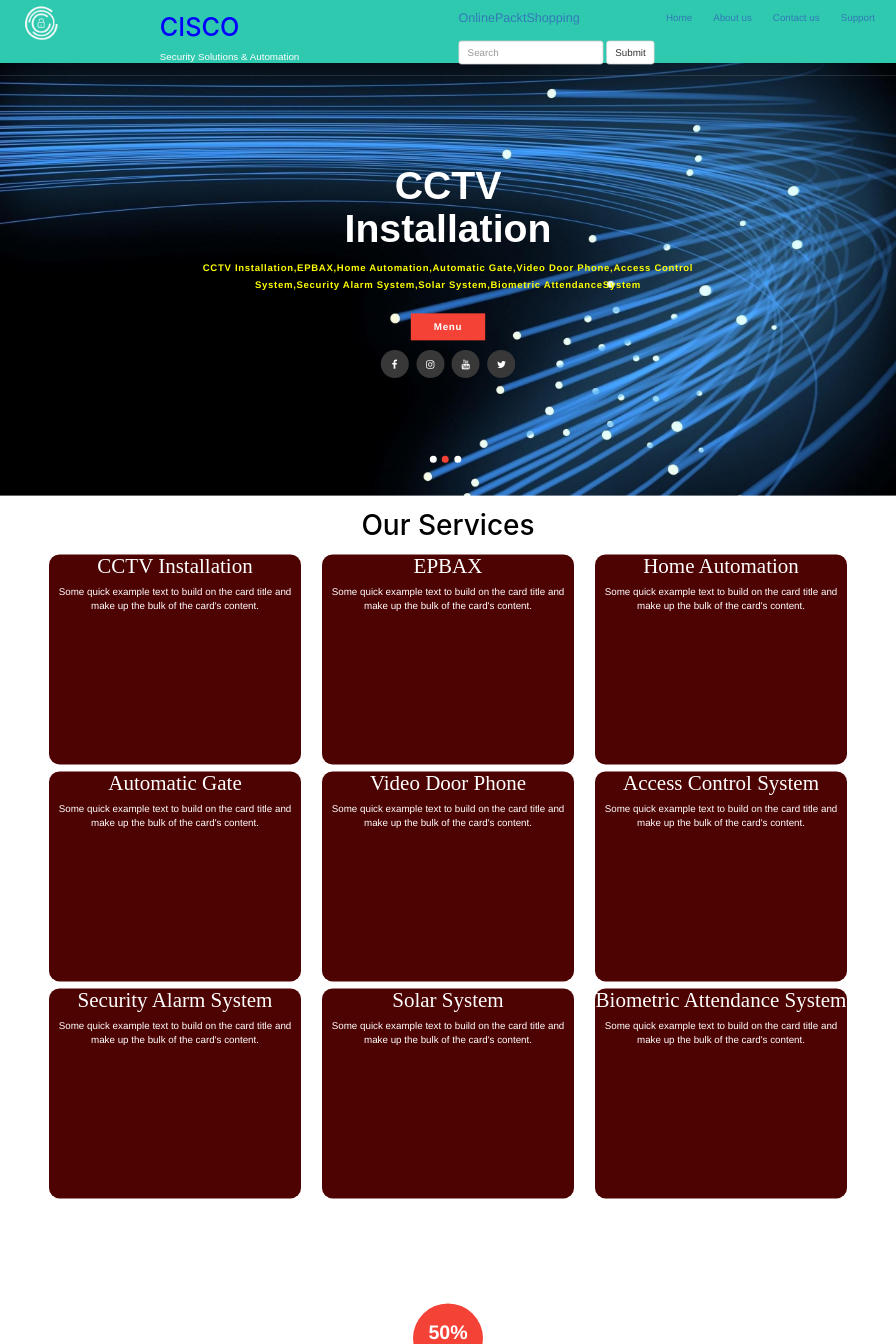
Repository: Nuhman123/Cisco
Page: index.html
These files come from the project's save history. The page is drawn as it stood at one moment and after a run of saves; the edit follows.
The browser window is 1280 px wide. The pictures show the part of the page from y = 0 to 1920 px (the page is 3132 px tall before and 3203 px after), at 70% of full size.
Some web libraries are served in a nearby version.

Above is the page before, as saved 2021-04-09 10:24:33.

### index.html
<!--A Design by W3layouts
Author: W3layout
Author URL: http://w3layouts.com
License: Creative Commons Attribution 3.0 Unported
License URL: http://creativecommons.org/licenses/by/3.0/
-->
<!DOCTYPE html>
<html lang="en">
<head>
<title>CISCO security solutions & automation</title>
<meta name="viewport" content="width=device-width, initial-scale=1">
<meta http-equiv="Content-Type" content="text/html; charset=utf-8" />
<meta name="keywords" content="Royal Recipes Responsive web template, Bootstrap Web Templates, Flat Web Templates, Android Compatible web template,
Smartphone Compatible web template, free webdesigns for Nokia, Samsung, LG, SonyEricsson, Motorola web design" />
<script type="application/x-javascript"> addEventListener("load", function() { setTimeout(hideURLbar, 0); }, false); function hideURLbar(){ window.scrollTo(0,1); } </script>
<!-- bootstrap-css -->
<link href="css/bootstrap.css" rel="stylesheet" type="text/css" media="all" />
<!--// bootstrap-css -->
<!-- css -->
<link rel="stylesheet" href="css/style.css" type="text/css" media="all" />
<!--// css -->
<link rel="stylesheet" href="css/owl.carousel.css" type="text/css" media="all">
<link href="css/owl.theme.css" rel="stylesheet">
<!-- font-awesome icons -->
<link href="css/font-awesome.css" rel="stylesheet">
<!-- //font-awesome icons -->
<!-- font -->
<link href='//fonts.googleapis.com/css?family=Pacifico' rel='stylesheet' type='text/css'>
<link href='//fonts.googleapis.com/css?family=Open+Sans+Condensed:300,300italic,700' rel='stylesheet' type='text/css'>
<!-- //font -->
<script src="js/jquery-1.11.1.min.js"></script>
<script src="js/bootstrap.js"></script>
<link rel="stylesheet" href="http://maxcdn.bootstrapcdn.com/bootstrap/3.2.0/css/bootstrap.min.css">
<!-- light-box -->
<link rel="stylesheet" href="css/lightbox.css">
<!-- //light-box -->
<script src="js/SmoothScroll.min.js"></script>
<!--search jQuery-->
<script src="js/main.js"></script>
<!--//search jQuery-->
<script type="text/javascript">
	jQuery(document).ready(function($) {
		$(".scroll").click(function(event){
			event.preventDefault();
			$('html,body').animate({scrollTop:$(this.hash).offset().top},1000);
		});
	});
</script>

<script>
$(document).ready(function() {
	$("#owl-demo").owlCarousel({

		autoPlay: 3000, //Set AutoPlay to 3 seconds
		autoPlay:true,
		items : 4,
		itemsDesktop : [640,5],
		itemsDesktopSmall : [414,4]

	});

});
</script>
</head>
<body>
	<header class="header-1">
		<div class="col-xs-2">
			<img src="images/csc0log.png">
		</div>
		<div class="col-xs-4">
			<h1>CISCO</h1>
			<p>Security Solutions & Automation</p>
		</div>

	    	<div class="container-fluid">
	    		<div class="navbar-header">
	    			 <button type="button" class="navbar-toggle collapsed" data-toggle="collapse" data-target="#collapibleMenu">
				        <span class="icon-bar"></span>
				        <span class="icon-bar"></span>
				        <span class="icon-bar"></span>
				      </button>
	    			<a href="#" class="navbar-brand">OnlinePacktShopping</a>
	    		</div>
	    		<div class="collapse navbar-collapse" id="collapibleMenu">
	    			<ul class="nav navbar-nav navbar-right">
				        <li><a href="#">Home</a></li>
				        <li><a href="#">About us</a></li>
				        <li><a href="#">Contact us</a></li>
				        <li><a href="#">Support</a></li>
				    </ul>
				    <form class="navbar-form navbar-left" role="search">
					  <div class="form-group">
					    <input type="text" class="form-control" placeholder="Search">
					  </div>
					  <button type="submit" class="btn btn-default">Submit</button>
					</form>
	    		</div>
	    	</div>
	</header>
	<!-- banner -->
	<div class="banner">
		<div class="top-banner">
			<div class="container">

			</div>
		</div>
		<div class="header">
			<div class="container">
				<div class="logo">

				</div>
				<div class="clearfix"> </div>
			</div>
		</div>
		<div class="banner-slider">
			<div class="container">
				<div class="slider">
					<div class="callbacks_container">
						<ul class="rslides callbacks callbacks1" id="slider4">
							<li>
								<div class="agileits-banner-info">
									<img src="images/csc0log.png">
									<h3>CISCO</h3>
									<h5>Security Solutions & Automation</h5>
									<p>CCTV Installation,EPBAX,Home Automation,Automatic Gate,Video Door Phone,Access Control System,Security Alarm System,Solar System,Biometric AttendanceSystem</p>
									<a href="menu.html">Menu</a>

								</div>
							</li>
							<li>
								<div class="agileits-banner-info">
									<h3>CCTV<br> Installation</h3>
									<p>CCTV Installation,EPBAX,Home Automation,Automatic Gate,Video Door Phone,Access Control System,Security Alarm System,Solar System,Biometric AttendanceSystem</p>
									<a href="menu.html">Menu</a>
								</div>
							</li>
							<li>
								<div class="agileits-banner-info">
									<img src="images/csc0log.png">
									<h3>CISCO</h3>
									<p>CCTV Installation,EPBAX,Home Automation,Automatic Gate,Video Door Phone,Access Control System,Security Alarm System,Solar System,Biometric AttendanceSystem</p>
									<a href="menu.html">Menu</a>
								</div>
							</li>
						</ul>
						<div class="social text-center">
							<ul>
								<li><a href="https://www.facebook.com/cisco_security_solutions-101064504984043/"><i class="fa fa-facebook"></i></a></li>
								<li><a href="https://www.instagram.com/ci8sco_security_solutions?r=nametag"><i class="fa fa-instagram"></i></a></li>
								<li><a href="https://youtube.com/channel/UCSI_CHHL5nW7fggODaksUw"><i class="fa fa-youtube"></i></a></li>
								<li><a href="https://twitter.com"><i class="fa fa-twitter"></i></a></li>
							</ul>
						</div>
					</div>
					<script src="js/responsiveslides.min.js"></script>
					<script>
						// You can also use "$(window).load(function() {"
						$(function () {
						  // Slideshow 4
						  $("#slider4").responsiveSlides({
							auto: true,
							pager:true,
							nav:false,
							speed: 500,
							namespace: "callbacks",
							before: function () {
							  $('.events').append("<li>before event fired.</li>");
							},
							after: function () {
							  $('.events').append("<li>after event fired.</li>");
							}
						  });

						});
					 </script>
					<!--banner Slider starts Here-->
				</div>
			</div>
		</div>
	</div>
	<!-- banner -->
	<!-- services -->
	<section class="bg-light p-4 mt-5" id="services">
		<div class="container">
		  <h1 class="services text-center">Our Services</h1>
		  <div class="row">
			<div class="col-lg-4 col-md-6">
			  <div class="card text-center">

				<div class="card-body">
				  <h5 class="card-title">CCTV Installation</h5>
				  <p class="card-text">Some quick example text to build on the card title and make up the bulk of the card's content.</p>
				</div>
			  </div>
			</div>
			<div class="col-lg-4 col-md-6 ">
			  <div class="card text-center ">

				<div class="card-body">
				  <h5 class="card-title">EPBAX</h5>
				  <p class="card-text">Some quick example text to build on the card title and make up the bulk of the card's content.</p>
				</div>
			  </div>
			</div>
			<div class="col-lg-4 col-md-6">
			  <div class="card text-center ">

				<div class="card-body">
				  <h5 class="card-title">Home Automation</h5>
				  <p class="card-text">Some quick example text to build on the card title and make up the bulk of the card's content.</p>
				</div>
			  </div>
			</div>
			<div class="col-lg-4 col-md-6">
			  <div class="card text-center">
				<div class="card-body">
				  <h5 class="card-title">Automatic Gate</h5>
				  <p class="card-text">Some quick example text to build on the card title and make up the bulk of the card's content.</p>
				</div>
			  </div>
			</div>
			<div class="col-lg-4 col-md-6  pt-3">
			  <div class="card text-center">
				<div class="card-body">
				  <h5 class="card-title">Video Door Phone</h5>
				  <p class="card-text">Some quick example text to build on the card title and make up the bulk of the card's content.</p>
				</div>
			  </div>
			</div>
			<div class="col-lg-4 col-md-6  pt-3">
			  <div class="card text-center ">
				<div class="card-body">
				  <h5 class="card-title">Access Control System</h5>
				  <p class="card-text">Some quick example text to build on the card title and make up the bulk of the card's content.</p>
				</div>
			  </div>
			</div>
			<div class="col-lg-4 col-md-6  pt-3">
				<div class="card text-center ">
				  <div class="card-body">
					<h5 class="card-title">Security Alarm System</h5>
					<p class="card-text">Some quick example text to build on the card title and make up the bulk of the card's content.</p>
				  </div>
				</div>
			  </div>
			  <div class="col-lg-4 col-md-6  pt-3">
				<div class="card text-center ">
				  <div class="card-body">
					<h5 class="card-title">Solar System</h5>
					<p class="card-text">Some quick example text to build on the card title and make up the bulk of the card's content.</p>
				  </div>
				</div>
			  </div>
			  <div class="col-lg-4 col-md-6  pt-3">
				<div class="card text-center ">
				  <div class="card-body">
					<h5 class="card-title">Biometric Attendance System</h5>
					<p class="card-text">Some quick example text to build on the card title and make up the bulk of the card's content.</p>
				  </div>
				</div>
			  </div>
		  </div>
		</div>
	  </section>
	<!-- //services -->
	<!-- offer -->
	<div class="jarallax offer">
		<div class="container">
			<div class="w3l-offer-heading">
				<h3>Today Offers</h3>
			</div>
			<div class="w3ls-offer-slider">
				<div class="slider">
					<div class="callbacks_container">
						<ul class="rslides callbacks callbacks1" id="slider3">
							<li>
								<div class="agileinfo-offer-grid">
									<h4>45<span>%</span></h4>
									<h5>Pork Vindaloo</h5>
									<p>Quisque scelerisque rutrum nunc, eget hendrerit diam porta efficitur. Duis bibendum consequat est, sed efficitur arcu. Morbi viverra, leo sit amet vestibulum dignissim, tortor est dignissim dolor, eu accumsan est urna id felis. </p>
								</div>
							</li>
							<li>
								<div class="agileinfo-offer-grid">
									<h4>50%</h4>
									<h5>Phaal Curry</h5>
									<p>Vestibulum euismod porttitor interdum. Vivamus porta consectetur nulla porttitor hendrerit. Pellentesque ultrices augue ut nibh feugiat, nec egestas orci cursus. Sed vehicula quis erat sed lobortis. Curabitur eleifend sit amet.</p>
								</div>
							</li>
							<li>
								<div class="agileinfo-offer-grid">
									<h4>64%</h4>
									<h5>Laal Maas</h5>
									<p>Aenean volutpat auctor ultrices. Aliquam ac turpis ultrices, porta enim at, interdum velit. Ut ligula justo, sodales eu nisi a, molestie dictum leo. Sed blandit porta ante, at consequat nulla fermentum a. Donec aliquet tristique.</p>
								</div>
							</li>
						</ul>
					</div>
					<script>
						// You can also use "$(window).load(function() {"
						$(function () {
						  // Slideshow 4
						  $("#slider3").responsiveSlides({
							auto: true,
							pager:false,
							nav:false,
							speed: 500,
							namespace: "callbacks",
							before: function () {
							  $('.events').append("<li>before event fired.</li>");
							},
							after: function () {
							  $('.events').append("<li>after event fired.</li>");
							}
						  });

						});
					 </script>
					<!--banner Slider starts Here-->
				</div>
			</div>
			<script src="js/jarallax.js"></script>
		</div>
	</div>
	<!-- //offer -->
	<!-- special -->
	<div class="special">
		<div class="container">
			<div class="wthree-special-heading">
				<h3>IMAGES</h3>
			</div>
			<div class="special-grids">
				<div id="owl-demo" class="owl-carousel owl-theme">
						<div class="item">
							<div class="w3-agileits-special-grid-info">
								<img src="images/bio.jfif" alt="" />
							</div>
						</div>
						<div class="item">
							<div class="w3-agileits-special-grid-info">
								<img src="images/epbax.jpeg" alt="" />

							</div>
						</div>
						<div class="item">
							<div class="w3-agileits-special-grid-info">
								<img src="images/h automations.jfif" alt="" />

							</div>
						</div>
						<div class="item">
							<div class="w3-agileits-special-grid-info">
								<img src="images/home automa 5.jfif" alt="" />
							</div>
						</div>
						<div class="item">
							<div class="w3-agileits-special-grid-info">
								<img src="images/ghy.jfif" alt="" />

							</div>
						</div>
						<div class="item">
							<div class="w3-agileits-special-grid-info">
								<img src="images/289c9c264087cddc084383969cd6e19f.jpg" alt="" />

							</div>
						</div>
						<div class="item">
							<div class="w3-agileits-special-grid-info">
								<img src="images/h automations.jfif3.jfif" alt="" />

							</div>
						</div>
						<div class="item">
							<div class="w3-agileits-special-grid-info">
								<img src="images/cctv3.jpg" alt="" />

							</div>
						</div>
				</div>
			</div>
		</div>
	</div>
	<!-- //special -->
	<!-- footer -->
	<div class="w3-agile-footer">
		<div class="container">
			<div class="footer-grids">
				<div class="col-md-4 footer-grid">
					<div class="footer-grid-heading">
						<h4>Address</h4>
					</div>
					<div class="footer-grid-info">
						<h1>CISCO</h1>
						<h4 class="">Security Solutions & Automation</h4>
						</di>
						<p class="phone">Phone : 9656457858|9072251938
							<span>Email : <a href="pklcisco@email.com">pklcisco@gmail.com</a></span>
						</p>
						<p>Oppo South Indian ATM,Near Zella Fancy 	Pulikkal </p>
					</div>

				</div>
				<div class="col-md-4 footer-grid">
					<div class="footer-grid-heading">
						<h4>Navigation</h4>
					</div>
					<div class="footer-grid-info">
						<ul class="">
							<li><a href="index.html">Home</a></li>
							<li><a href="about.html">About</a></li>
							<li><a href="menu.html">Menu</a></li>
							<li><a href="contact.html">Contact</a></li>
						</ul>
					</div>
				</div>
				<div class="col-md-4 footer-grid">
					<div class="footer-grid-heading">
						<h4>Follow</h4>
					</div>
					<div class="social">
						<ul>
							<li><a href="https://www.facebook.com/cisco_security_solutions-101064504984043/"><i class="fa fa-facebook"></i></a></li>
							<li><a href="https://www.instagram.com/ci8sco_security_solutions?r=nametag"><i class="fa fa-instagram"></i></a></li>
							<li><a href="https://youtube.com/channel/UCSI_CHHL5nW7fggODaksUw"><i class="fa fa-youtube"></i></a></li>
							<li><a href="https://twitter.com"><i class="fa fa-twitter"></i></a></li>
						</ul>
					</div>
				<div class="clearfix"> </div>
			</div>
		</div>
	</div>
	<div class="agileits-w3layouts-copyright">
		<p>| Design by <a href=""> AKN Creations </a> </p>
		<li style="color: yellow;"><i  class="fa fa-phone" aria-hidden="true"></i> 9446795304</li>
	</div>
	</div>
	<!-- //footer -->
	<script src="js/owl.carousel.js"></script>
	<script type="text/javascript" src="js/move-top.js"></script>
	<script type="text/javascript" src="js/easing.js"></script>
	<!-- here stars scrolling icon -->
	<script type="text/javascript">
		$(document).ready(function() {
			/*
				var defaults = {
				containerID: 'toTop', // fading element id
				containerHoverID: 'toTopHover', // fading element hover id
				scrollSpeed: 1200,
				easingType: 'linear'
				};
			*/

			$().UItoTop({ easingType: 'easeOutQuart' });

			});
	</script>
<!-- //here ends scrolling icon -->
<script type="text/javascript">
			/* init Jarallax */
			$('.jarallax').jarallax({
				speed: 0.5,
				imgWidth: 1366,
				imgHeight: 768
			})
		</script>
</body>
</html>

Loaded but not shown: css/bootstrap.css (library); css/owl.carousel.css (common file); css/owl.theme.css (common file); css/font-awesome.css (library); js/jquery-1.11.1.min.js (library); js/bootstrap.js (library); css/lightbox.css (library); js/SmoothScroll.min.js (library); js/responsiveslides.min.js (library); js/owl.carousel.js (library); js/jarallax.js (433 lines, source omitted); js/easing.js (140 lines, source omitted); js/main.js (100 lines, source omitted); js/move-top.js (5 lines, source omitted); css/style.css (2043 lines, source omitted)

After the next 5 saves:
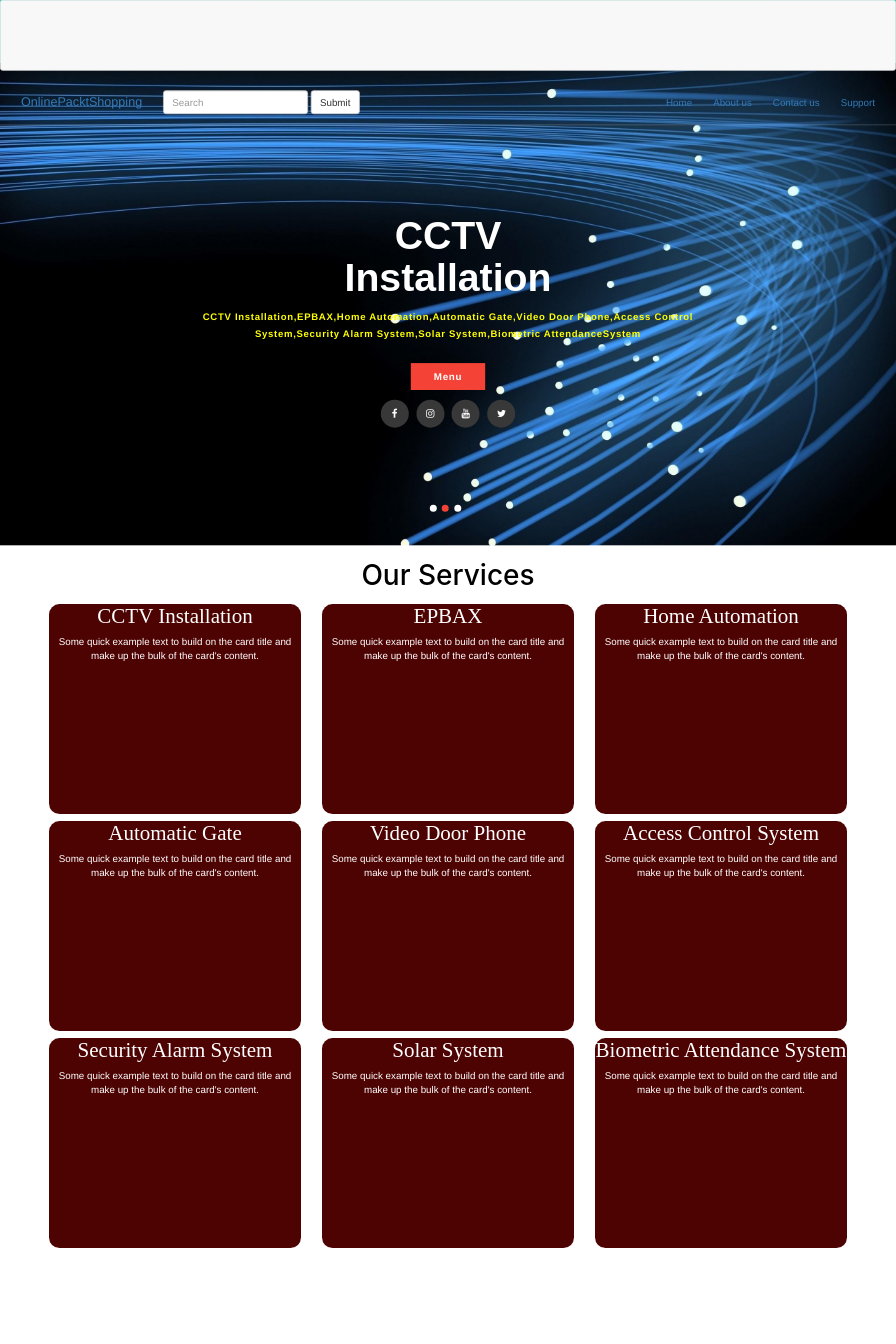
The 5 saves are shown as one change because they came seconds apart.
The last was saved 53 s later.
--- a/index.html
+++ b/index.html
@@ -71,7 +71,7 @@
 			<h1>CISCO</h1>
 			<p>Security Solutions & Automation</p>
 		</div>
-
+		<div class="navbar navbar-default"></div>
 	    	<div class="container-fluid">
 	    		<div class="navbar-header">
 	    			 <button type="button" class="navbar-toggle collapsed" data-toggle="collapse" data-target="#collapibleMenu">
@@ -96,6 +96,7 @@
 					</form>
 	    		</div>
 	    	</div>
+	    </div>
 	</header>
 	<!-- banner -->
 	<div class="banner">

After the 2 saves that followed:
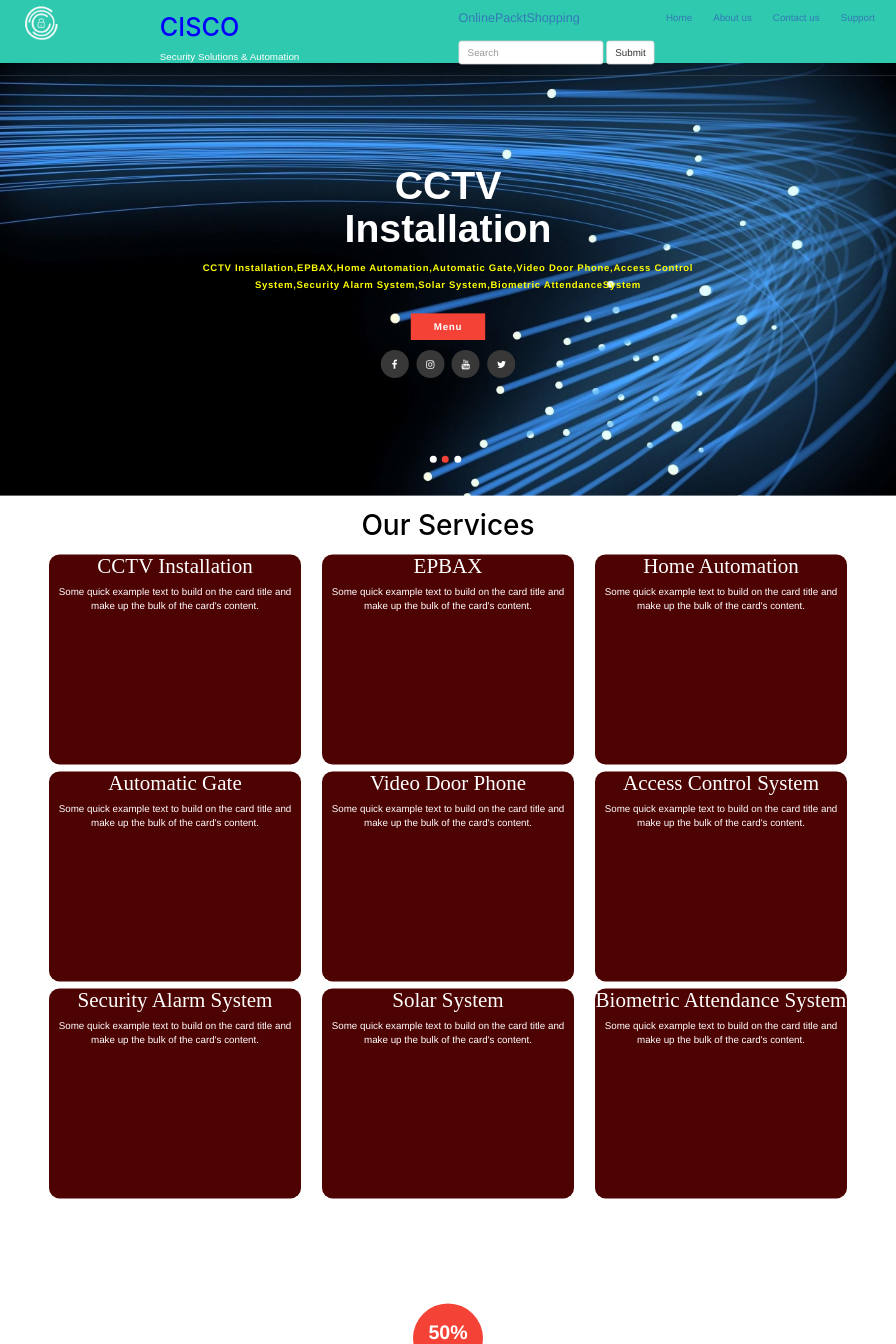
The 2 saves are shown as one change because they came seconds apart.
The last was saved 60 s later.
--- a/index.html
+++ b/index.html
@@ -71,7 +71,6 @@
 			<h1>CISCO</h1>
 			<p>Security Solutions & Automation</p>
 		</div>
-		<div class="navbar navbar-default"></div>
 	    	<div class="container-fluid">
 	    		<div class="navbar-header">
 	    			 <button type="button" class="navbar-toggle collapsed" data-toggle="collapse" data-target="#collapibleMenu">
